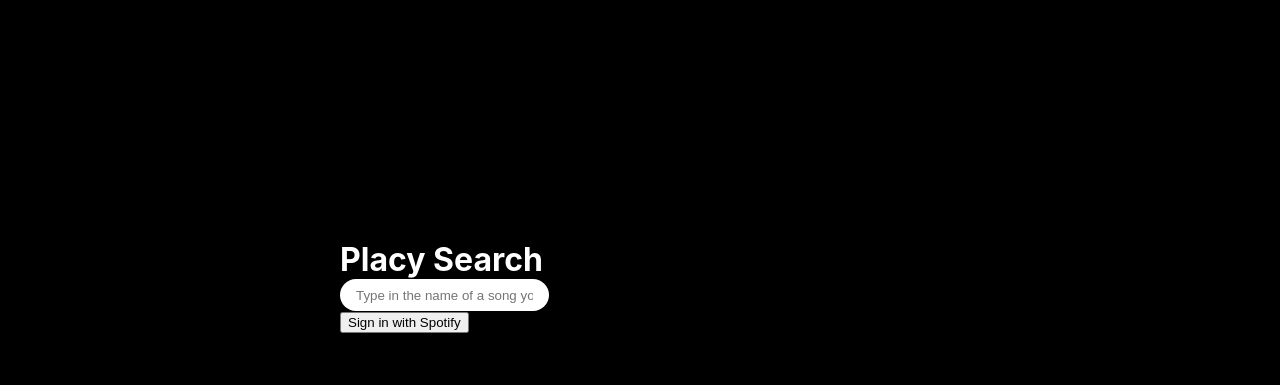
Repository: hideodaikoku/placy-jr
Page: /
These files come from the project's save history. The page is drawn as it stood at one moment and after the next save; the edit follows.
The browser window is 1280 px wide. The pictures show the whole page.
The project was rebuilt for these pictures with package versions that can differ from the ones it lists, and the page was loaded fresh each time.

Above is the page before, as saved 2020-03-17 01:29:18.

After the next save:
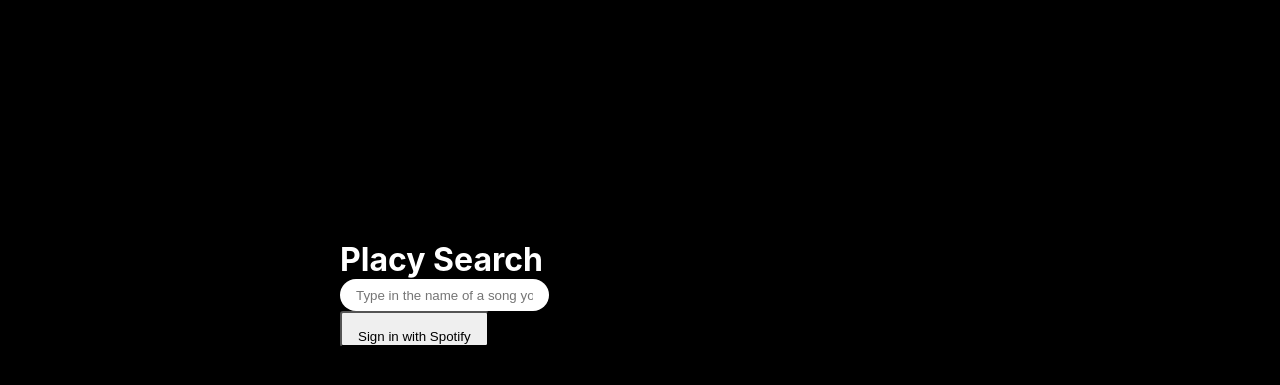
Saved 10 s later.
--- a/src/styles/app.module.css
+++ b/src/styles/app.module.css
@@ -25,7 +25,7 @@
     width: 40vw;
 }
 
-.login-button{
+.loginButton{
     padding: 1rem;
     border-radius: .2rem;
     height: 20px;
